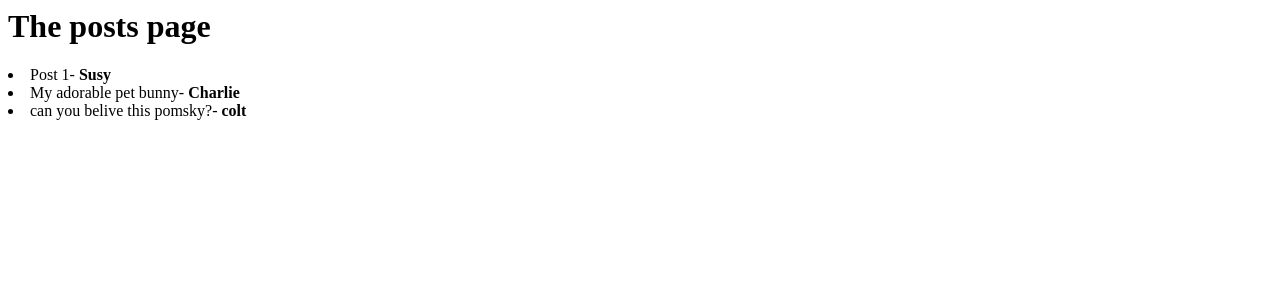
Repository: aneescode4u/testp
Page: http://localhost/posts
The author's editor kept a record of every edit. The page is drawn from the files as they stood at one moment, then again after a run of edits.
The browser window is 1280 px wide. The pictures show the whole page.
The page is served by the project's Node server (MoreExpress/EJSDemo/app.js).

Above is the page before.

After the next 3 edits:
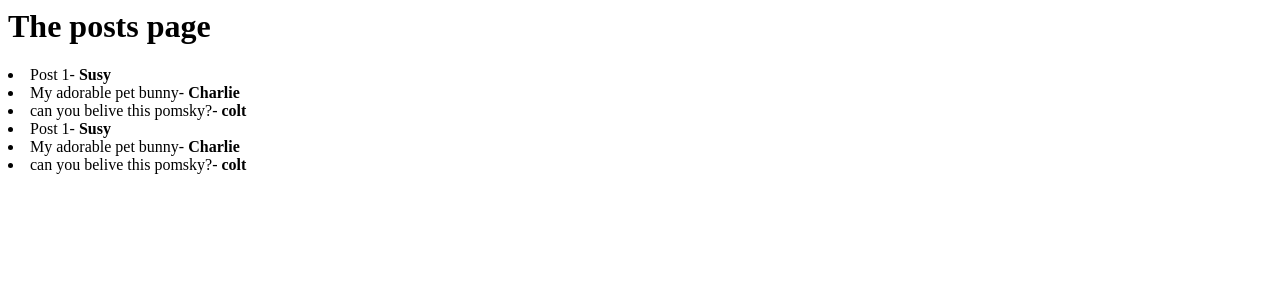
The 3 edits are shown as one change because 2 did not build or start.
The edit:
--- a/workspace/MoreExpress/EJSDemo/views/posts.ejs
+++ b/workspace/MoreExpress/EJSDemo/views/posts.ejs
@@ -5,3 +5,10 @@
 <%= posts[i].title%>-<strong> <%= posts[i].author %></strong>
    </li>
    <% } %>
+   <% posts.forEach(function(posts){%>
+
+   <li>
+<%= posts.title%>-<strong> <%= posts.author %></strong>
+   </li>
+
+  <% })%>
